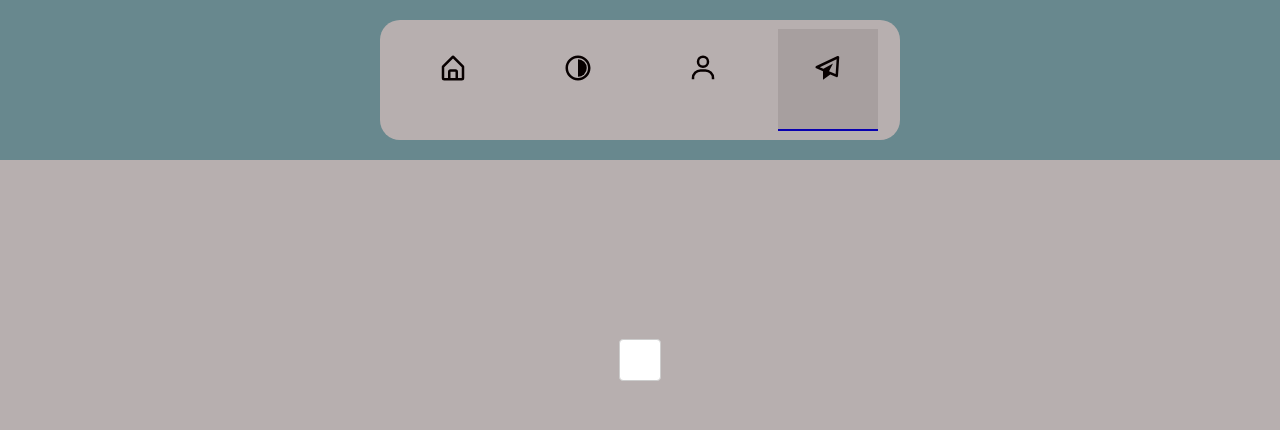
Repository: lethinh2003/pokemon_reactjs
Page: /contact
These files come from the project's save history. The page is drawn as it stood at one moment and after the next save; the edit follows.
The browser window is 1280 px wide. The pictures show the whole page.
The project was rebuilt for these pictures with package versions that can differ from the ones it lists, and the page was loaded fresh each time. A package was used in the major version that the imports need, not the one package.json lists. Also part of the build but not shown: src/App.css, src/custom/useFetch.js, src/styles/loading.scss, src/styles/pokemonDetail.scss, src/view/PokemonDetail.jsx, src/view/Pokemon.jsx.

Above is the page before, as saved 2021-11-28 13:45:22.

After the next save:
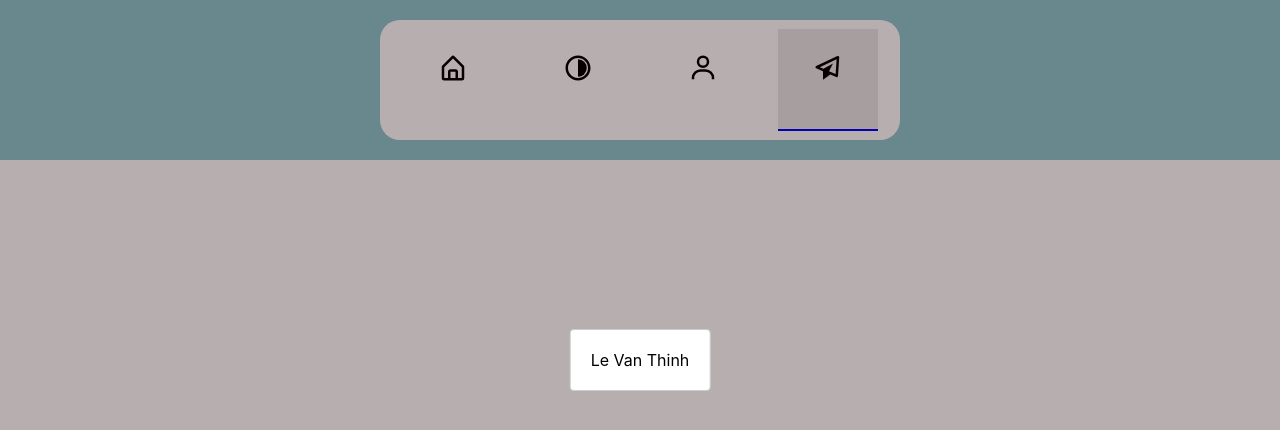
Saved 19 s later.
--- a/src/view/Contact.jsx
+++ b/src/view/Contact.jsx
@@ -11,6 +11,8 @@ const Contact = () => {
       <>
     <div className="modal-container">
         <div className="modal-body">
+        Le Van Thinh
+
 
         </div>
 
